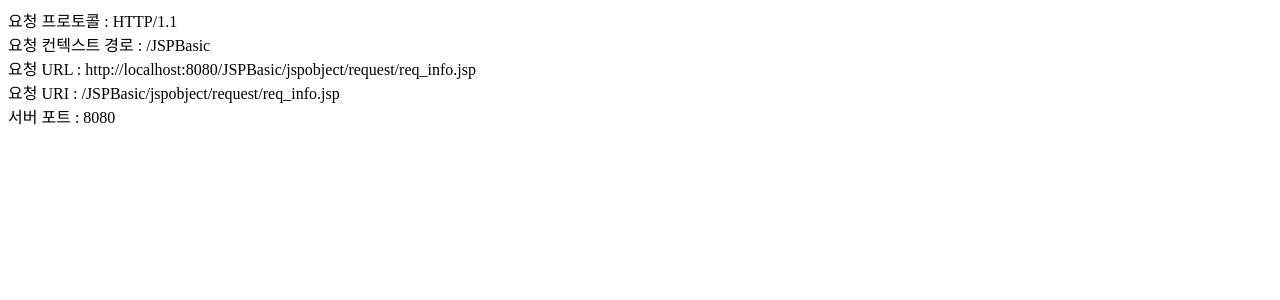
Repository: HeeMang28/jsp
Page: http://localhost/JSPBasic/jspobject/request/req_info.jsp
An editor plug-in stored every save of this project. The page is shown before and after the next save, followed by the edit.
The browser window is 1280 px wide. The pictures show the whole page.
The page is served by Tomcat 9.

Above is the page before, as saved 2022-03-25 11:29:09.

After the next save:
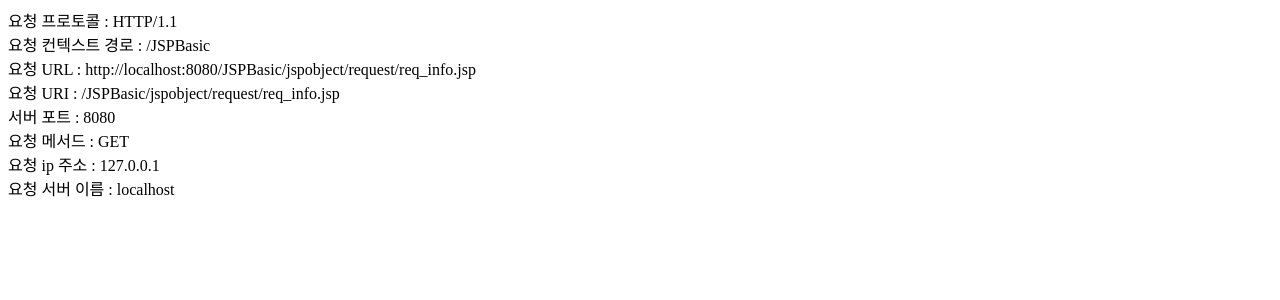
Saved 37 s later.
--- a/JSPBasic/src/main/webapp/jspobject/request/req_info.jsp
+++ b/JSPBasic/src/main/webapp/jspobject/request/req_info.jsp
@@ -22,5 +22,8 @@
 	요청 URL : <%= url %><br/>
 	요청 URI : <%= uri %><br/>
 	서버 포트 : <%= serverPort %><br/>
+	요청 메서드 : <%= method %><br/>
+	요청 ip 주소 : <%= addr %><br/>
+	요청 서버 이름 : <%= sName %><br/>
 </body>
 </html>
